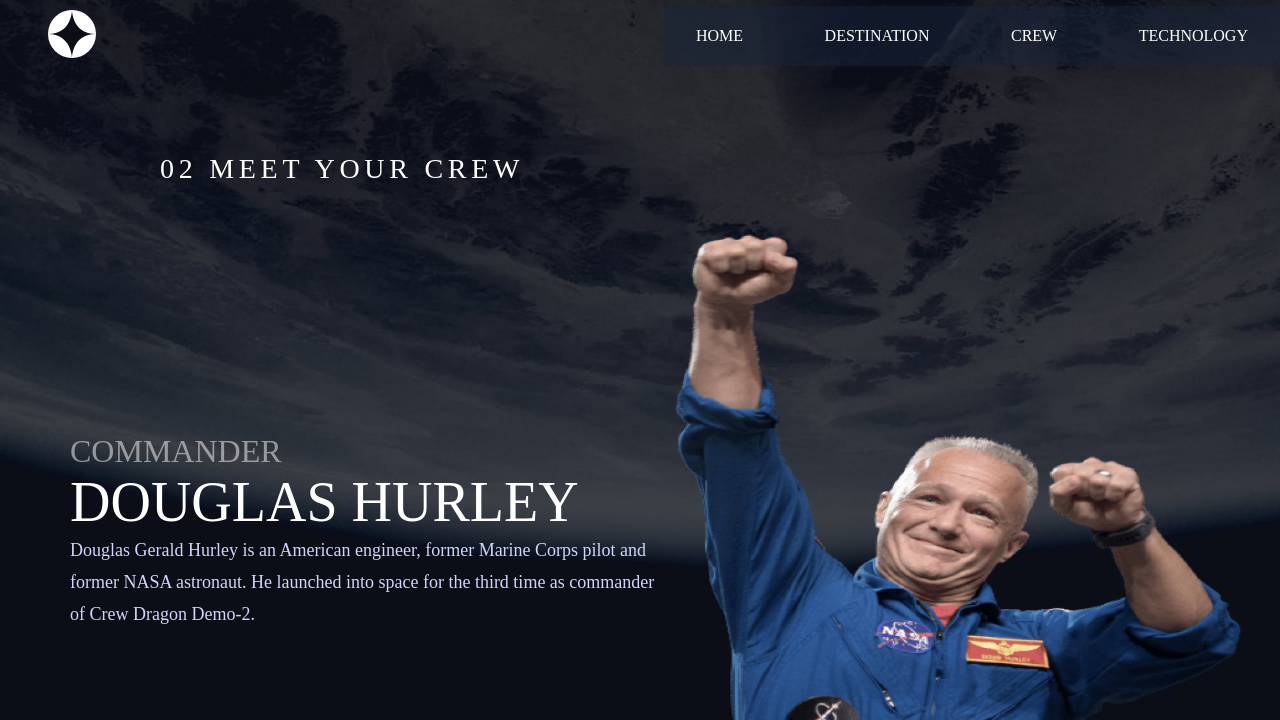
Repository: nilesjamex/space
Page: /Crew
These files come from the project's save history. The page is drawn as it stood at one moment and after the next save; the edit follows.
The browser window is 1280 px wide. The pictures show the whole page.
The project was rebuilt for these pictures with package versions that can differ from the ones it lists, and the page was loaded fresh each time. The framework's server and built-in components were replaced by stand-ins that run in the browser. Also part of the build but not shown: next.config.js.

Above is the page before, as saved 2022-01-08 01:15:12.

After the next save:
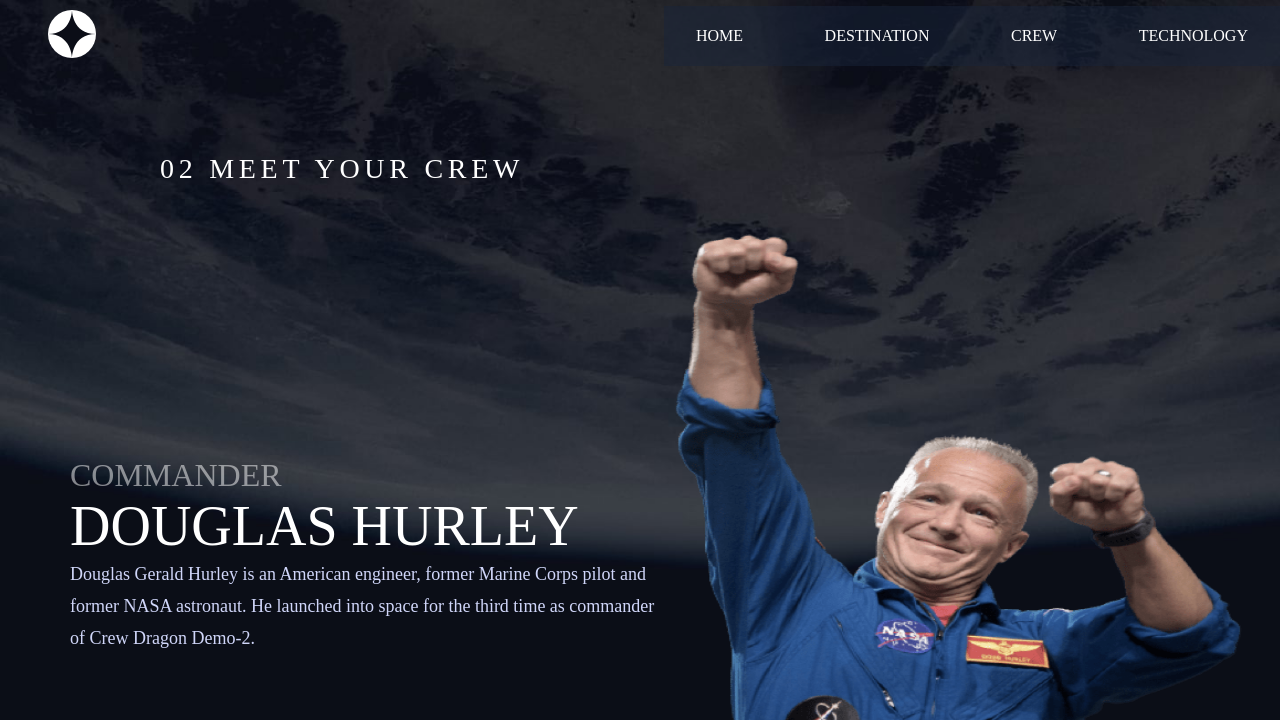
Saved 32 s later.
--- a/Components/Crew/Members/Members.module.css
+++ b/Components/Crew/Members/Members.module.css
@@ -40,4 +40,5 @@
 }
 .crewImage {
     z-index: 10;
+    padding-bottom: 3rem;
 }
